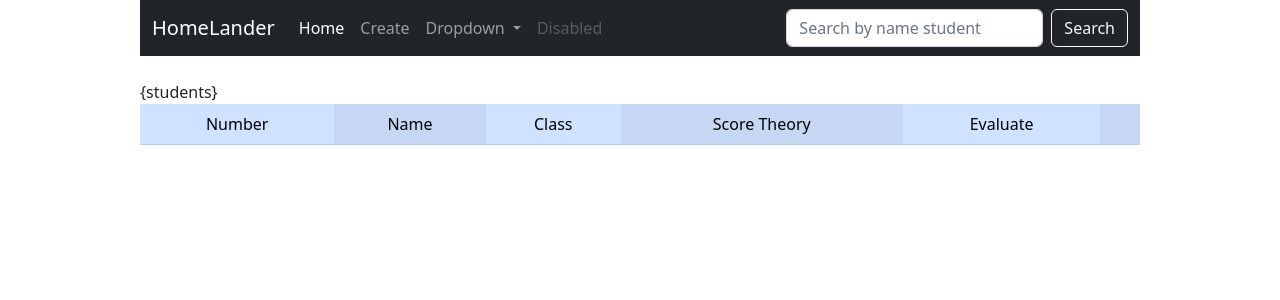
Repository: nguyenhung50497/MD3_thiThucHanh
Page: src/views/home.html
These files come from the project's save history. The page is drawn as it stood at one moment and after a run of saves; the edit follows.
The browser window is 1280 px wide. The pictures show the whole page.

Above is the page before, as saved 2023-01-05 09:08:01.

After the next 3 saves:
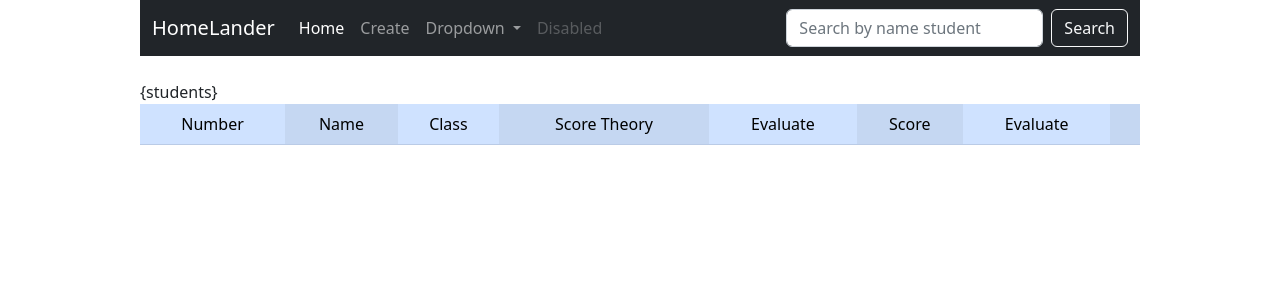
The 3 saves are shown as one change because they came seconds apart.
The last was saved 11 s later.
--- a/src/views/home.html
+++ b/src/views/home.html
@@ -52,6 +52,8 @@
             <td>Class</td>
             <td>Score Theory</td>
             <td>Evaluate</td>
+            <td>Score </td>
+            <td>Evaluate</td>
             <td colspan="4"></td>
         </tr>
         <tbody>
